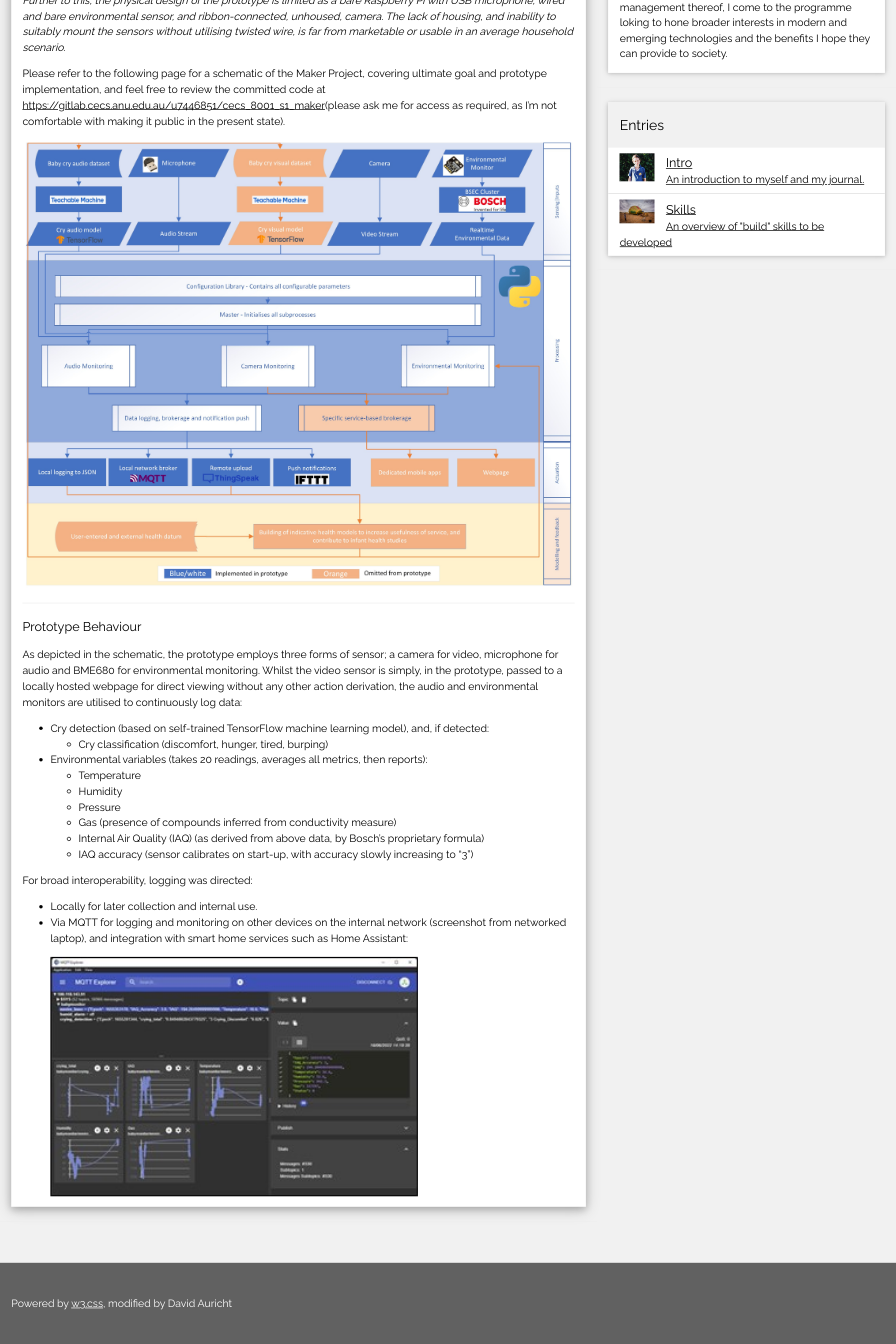
Repository: TodaysSawyer/cecs_8001_journal
Page: CECS_8001_build_journal/maker_project.html
An editor plug-in stored every save of this project. The page is shown before and after the next save, followed by the edit.
The browser window is 1280 px wide. The pictures show the part of the page from y = 770 to 2690 px (the page is 2690 px tall before and 2675 px after), at 70% of full size.

Above is the page before, as saved 2022-08-23 10:22:01.

### CECS_8001_build_journal/maker_project.html
<!--Site layout and design credit goes to W3 Schools' "Blog template" from https://www.w3schools.com/w3css/tryw3css_templates_blog.htm-->
<!--Modifications and content by David Auricht-->

<!DOCTYPE html>
<html>
<head>
<title>David Auricht's Cybernetics Build Journal</title>
<meta charset="UTF-8">
<meta name="viewport" content="width=device-width, initial-scale=1">
<link rel="stylesheet" href="https://www.w3schools.com/w3css/4/w3.css">
<link rel="stylesheet" href="https://fonts.googleapis.com/css?family=Raleway">
<style>
body,h1,h2,h3,h4,h5 {font-family: "Raleway", sans-serif}
</style>
</head>
<body class="w3-light-grey">

<!-- w3-content defines a container for fixed size centered content,
and is wrapped around the whole page content, except for the footer in this example -->
<div class="w3-content" style="max-width:1400px">

<!-- Header -->
<header class="w3-container w3-center w3-padding-32">
  <h1><b>Master of Applied Cybernetics - CECS8001 – Build Journey</b></h1>
  <p>David Auricht - U7446851</p>
</header>

<!-- Grid -->
<div class="w3-row">

<!-- Blog entries -->
<div class="w3-col l8 s12">
  <!-- Blog entry -->
  <div class="w3-card-4 w3-margin w3-white">
    <div class="w3-container">
      <h3><b>Maker Project</b></h3>
    </div>

    <div class="w3-container">
      <h6>Covered: Skills 1, 2, 3</h6>
      <p>The Individual Maker Project was a key pressing matter and drew upon, to varying degrees, all three target skills. With a goal of building a “cybernetic” baby monitor, and in order of skills, I would need:</p>
      <ol>
        <li>Coding - writing a large library of bespoke Python, operating on a Raspberry Pi to support key objectives of environmental monitoring, cry detection and classification utilising a machine learning model, data logging and smart notifications, and a real-time video stream.</li>
        <li>Physical “making” - soldering sensors and mounting components.</li>
        <li>Project managing - setting a defined set of goals, working to an iterative model that aims to ensure a functional product at multiple intervals in line with hitting a strict demo-day deadline.</li>
      </ol>
      <p>I found myself barrelling down ever more rabbit holes as I iterated from a simple BME280-based environmental sensor to a fully-featured prototype. To extract from CECS6001 Assessment 2B writings:</p>
      <i>
        <p>In the prototype phase, boundaries of the product will be strictly defined by the creator. In particular, the functions that sit outside these boundaries are:</p>
        <ul>
          <li>Implementation of only a single degree of machine-learning enabled monitoring (audio).</li>
          <li>No dedicated web interface (although camera feed was made available in a simple webform).</li>
          <li>No dedicated applications for direct mobile interfacing.</li>
          <li>No analysis of captured data or cross-referencing with health studies and outcomes.</li>
          <li>No “feedback” of captured data or data analysis into the models and processes.</li>
        </ul>
        <p>Further to this, the physical design of the prototype is limited as a bare Raspberry Pi with USB microphone, wired and bare environmental sensor, and ribbon-connected, unhoused, camera.  The lack of housing, and inability to suitably mount the sensors without utilising twisted wire, is far from marketable or usable in an average household scenario.</p>
      </i>
      <p>Please refer to the following page for a schematic of the Maker Project, covering ultimate goal and prototype implementation, and feel free to review the committed code at <a href="https://gitlab.cecs.anu.edu.au/u7446851/cecs_8001_s1_maker" target="_blank">https://gitlab.cecs.anu.edu.au/u7446851/cecs_8001_s1_maker</a>(please ask me for access as required, as I’m not comfortable with making it public in the present state).</p>
      <p><a href = "maker_schematic.jpg" target = "_blank"><img src="maker_schematic.jpg" alt="Maker project: Overall schematic" style="width:100%" ></a></p>
      <hr>

      <h5>Prototype Behaviour</h5>
      <p>As depicted in the schematic, the prototype employs three forms of sensor; a camera for video, microphone for audio and BME680 for environmental monitoring. Whilst the video sensor is simply, in the prototype, passed to a locally hosted webpage for direct viewing without any other action derivation, the audio and environmental monitors are utilised to continuously log data:</p>
      <ul>
        <li>Cry detection (based on self-trained TensorFlow machine learning model), and, if detected:</li>
        <ul>
          <li>Cry classification (discomfort, hunger, tired, burping)</li>
        </ul>
        <li>Environmental variables (takes 20 readings, averages all metrics, then reports):</li>
        <ul>
          <li>Temperature</li>
          <li>Humidity</li>
          <li>Pressure</li>
          <li>Gas (presence of compounds inferred from conductivity measure)</li>
          <li>Internal Air Quality (IAQ) (as derived from above data, by Bosch’s proprietary formula)</li>
          <li>IAQ accuracy (sensor calibrates on start-up, with accuracy slowly increasing to “3”)</li>
        </ul>
      </ul>
      <p>For broad interoperability, logging was directed:</p>
      <ul>
        <li>Locally for later collection and internal use.</li>
        <li>Via MQTT for logging and monitoring on other devices on the internal network (screenshot from networked laptop), and integration with smart home services such as Home Assistant:</li>
        <p><img src="maker_mqtt.jpg" alt="Maker project: MQTT logging" style="width:70%" class="center"></p>
      </ul>


    </div>
  </div>
  <hr>
<!-- END BLOG ENTRIES -->
</div>

<!-- Sidebar -->
<div class="w3-col l4">
  <!-- About Card -->
  <div class="w3-card w3-margin w3-margin-top">
  <img src="home_dave_profile.jpg" style="width:100%">
    <div class="w3-container w3-white">
      <h4><b>Dave</b></h4>
      <p>"Recovering Professional Cynic"</p>
      <p>With a background in software testing, and management thereof, I come to the programme loking to hone broader interests in modern and emerging technologies and the benefits I hope they can provide to society.</p>
    </div>
  </div><hr>

  <!-- Posts -->
  <div class="w3-card w3-margin">
    <div class="w3-container w3-padding">
      <h4>Entries</h4>
    </div>
    <ul class="w3-ul w3-hoverable w3-white">
      <li>
         <a href="index.html" target="_self">
         <img src="sidebar_intro_icon.jpg" alt="Image" class="w3-left w3-margin-right" style="width:50px">
         <span class="w3-large">Intro</span><br>
         <span>An introduction to myself and my journal.</span>
         </a>
      </li>
      <li>
        <a href="skills.html" target="_self">
        <img src="skills_balloon.jpg" alt="Image" class="w3-left w3-margin-right" style="width:50px">
        <span class="w3-large">Skills</span><br>
        <span>An overview of "build" skills to be developed</span>
        </a>
     </li>
    </ul>
  </div>
  <hr>

<!-- END Sidebar -->
</div>

<!-- END GRID -->
</div><br>

<!-- END w3-content -->
</div>

<!-- Footer -->
<footer class="w3-container w3-dark-grey w3-padding-32 w3-margin-top">
  <p>Powered by <a href="https://www.w3schools.com/w3css/default.asp" target="_blank">w3.css</a>, modified by David Auricht</p>
</footer>

</body>
</html>

After the next save:
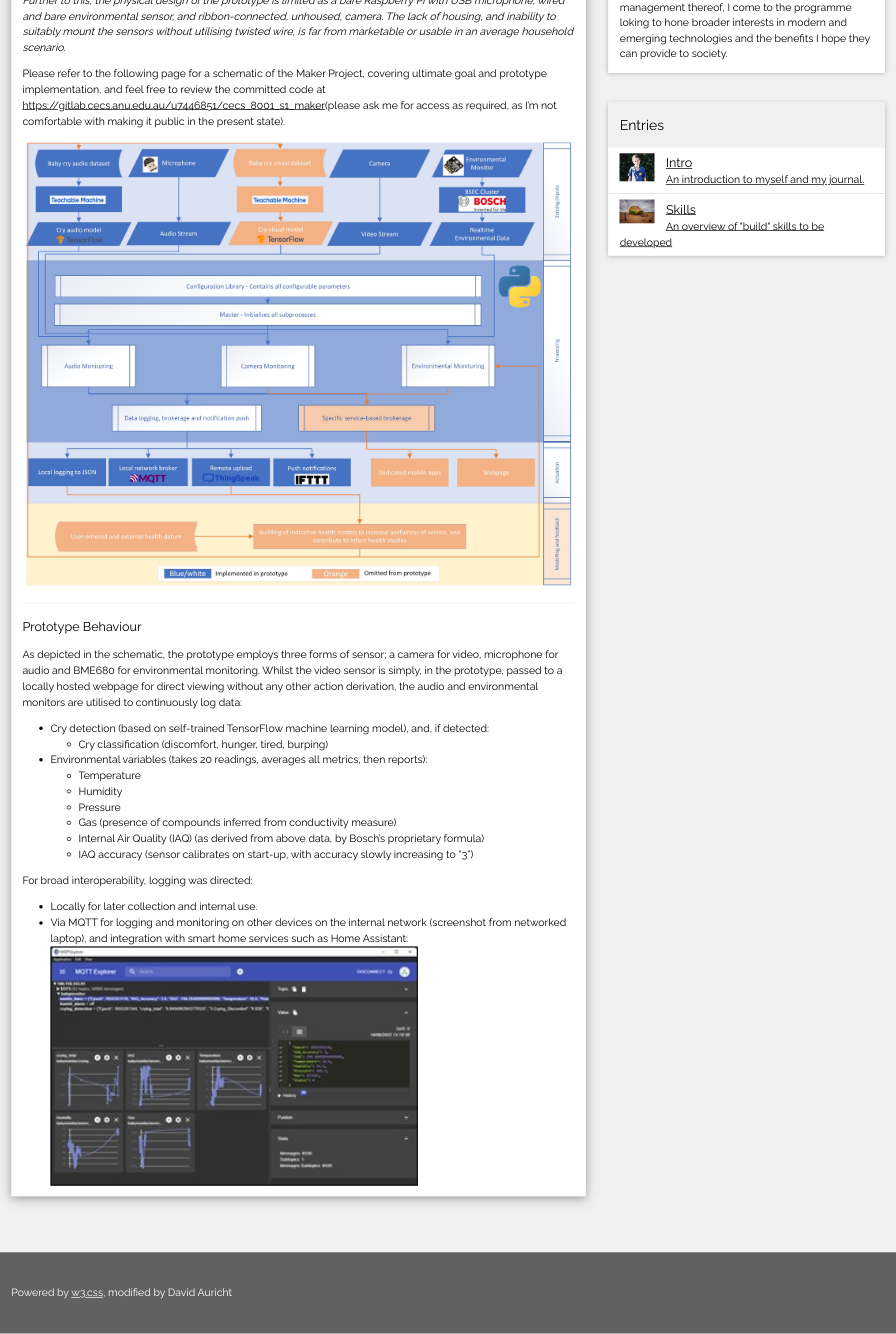
Saved 12 s later.
--- a/CECS_8001_build_journal/maker_project.html
+++ b/CECS_8001_build_journal/maker_project.html
@@ -81,7 +81,7 @@
       <ul>
         <li>Locally for later collection and internal use.</li>
         <li>Via MQTT for logging and monitoring on other devices on the internal network (screenshot from networked laptop), and integration with smart home services such as Home Assistant:</li>
-        <p><img src="maker_mqtt.jpg" alt="Maker project: MQTT logging" style="width:70%" class="center"></p>
+        <img src="maker_mqtt.jpg" alt="Maker project: MQTT logging" style="width:70%" class="center">
       </ul>
 
 

After the save that followed:
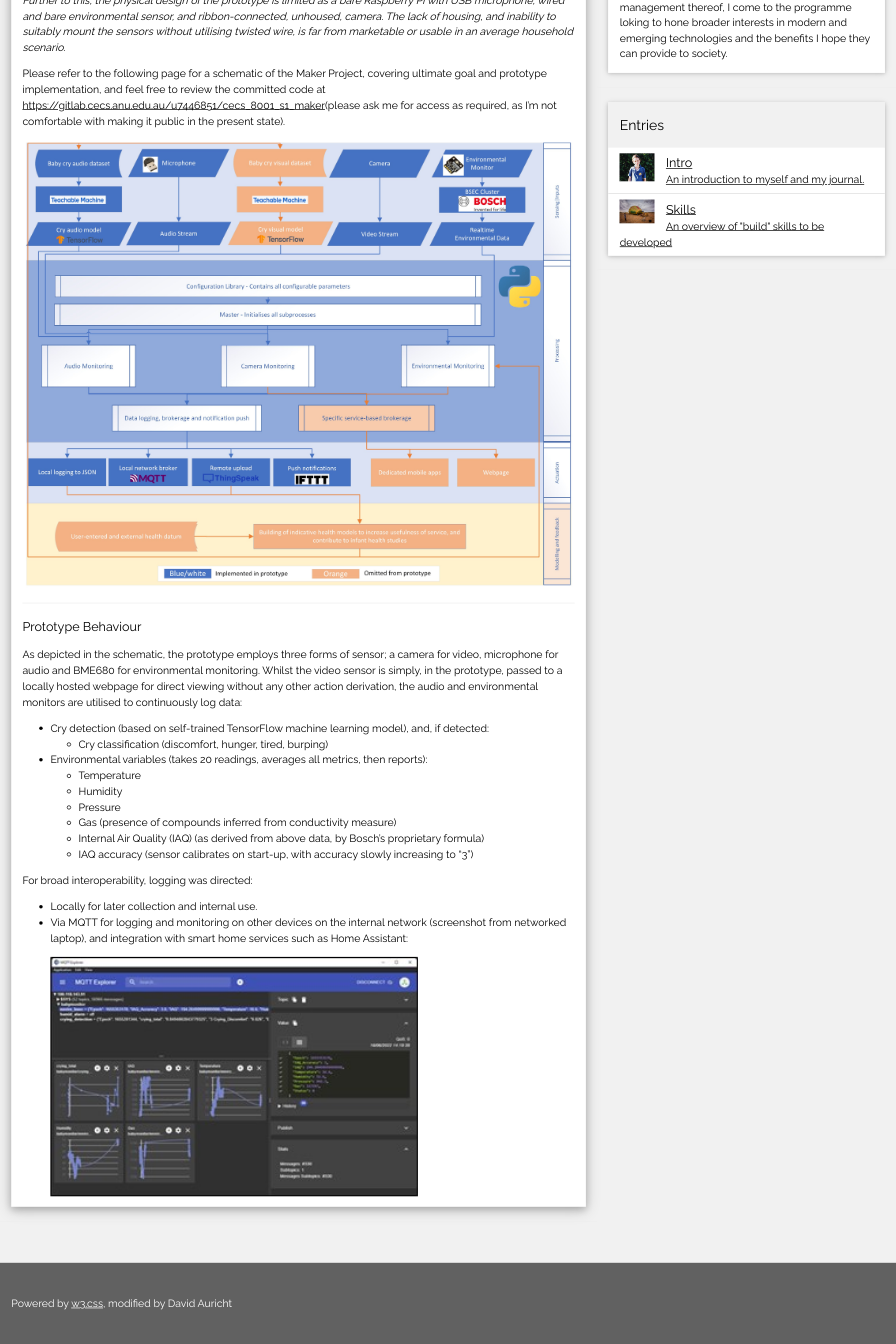
Saved 8 s later.
--- a/CECS_8001_build_journal/maker_project.html
+++ b/CECS_8001_build_journal/maker_project.html
@@ -81,7 +81,7 @@
       <ul>
         <li>Locally for later collection and internal use.</li>
         <li>Via MQTT for logging and monitoring on other devices on the internal network (screenshot from networked laptop), and integration with smart home services such as Home Assistant:</li>
-        <img src="maker_mqtt.jpg" alt="Maker project: MQTT logging" style="width:70%" class="center">
+        <p><img src="maker_mqtt.jpg" alt="Maker project: MQTT logging" style="width:70%" class="center"></p>
       </ul>
 
 
